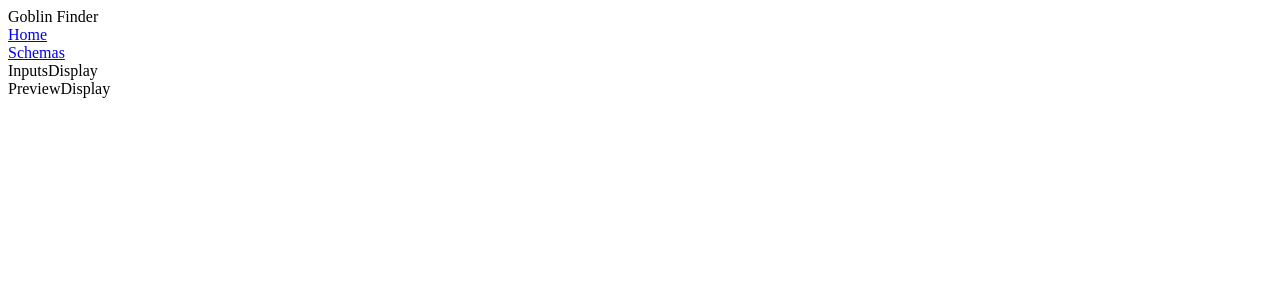
Repository: PseudoDD/DittoData
Page: /
These files come from the project's save history. The page is drawn as it stood at one moment and after the next save; the edit follows.
The browser window is 1280 px wide. The pictures show the whole page.
The project was rebuilt for these pictures with package versions that can differ from the ones it lists, and the page was loaded fresh each time. Also part of the build but not shown: webpack.config.js, client/containers/MainContainer.jsx, client/components/Login.jsx, client/components/SchemasDisplay.jsx.

Above is the page before, as saved 2022-08-29 19:52:39.

After the next save:
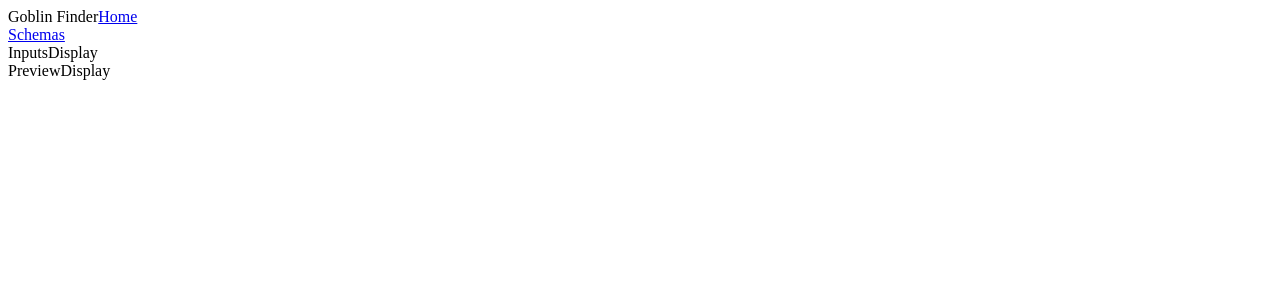
Saved 24 s later.
--- a/client/components/Navbar.jsx
+++ b/client/components/Navbar.jsx
@@ -7,7 +7,7 @@ export default function Navbar() {
   return (
     <Box component="span" className="Navbar">
       <Box component="span">Goblin Finder</Box>
-      <div><Link className="nav-link" to="/">Home</Link></div>
+      <Box component="span"><Link className="nav-link" to="/">Home</Link></Box>
       <div><Link className="nav-link" to="/schemas">Schemas</Link></div>
     </Box>
   )
